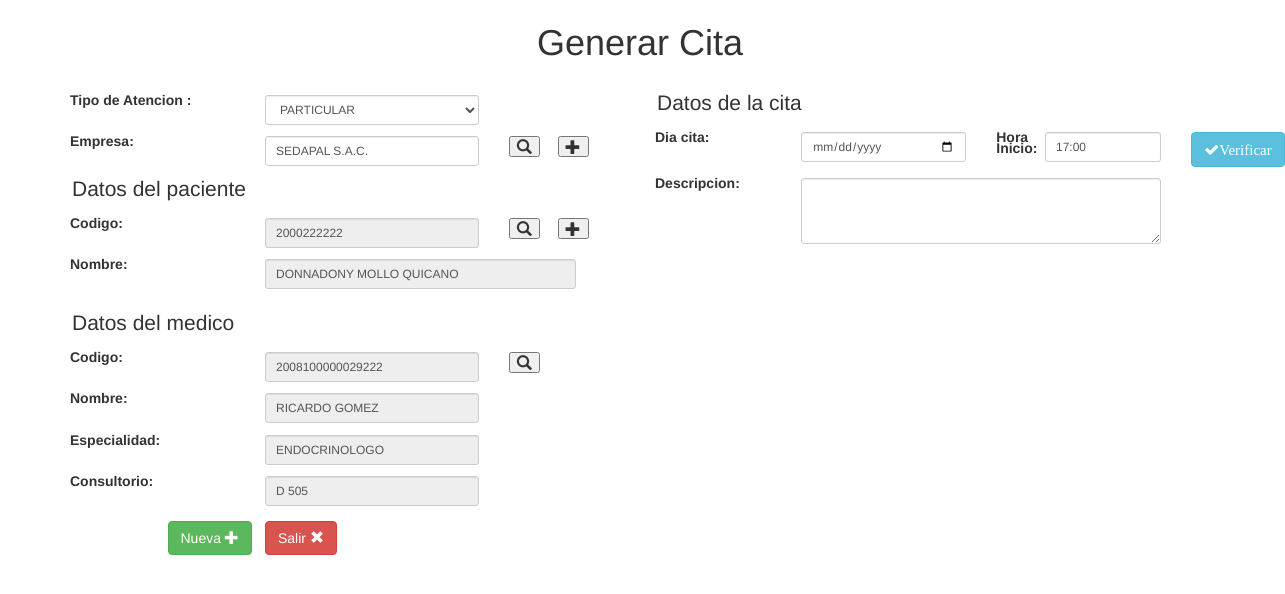
Repository: Donyx10/ADSII-ProyectoClinica
Page: http://localhost/AvanceWeb/GeneraCitaMedica.jsp
The author's editor kept a copy of each file at every save. The page is drawn from the files as they stood at one save, then again after the next save.
The browser window is 1280 px wide. The page is 1285 px wide, then 1284 px, so the pictures cover 1285 px, including what lies to the right of the window. The pictures show the whole page.
Some web fonts or font styles are not loaded; a fallback is used. The page is served by Tomcat 9.

Above is the page before, as saved 2018-06-04 05:46:19.

After the next save:
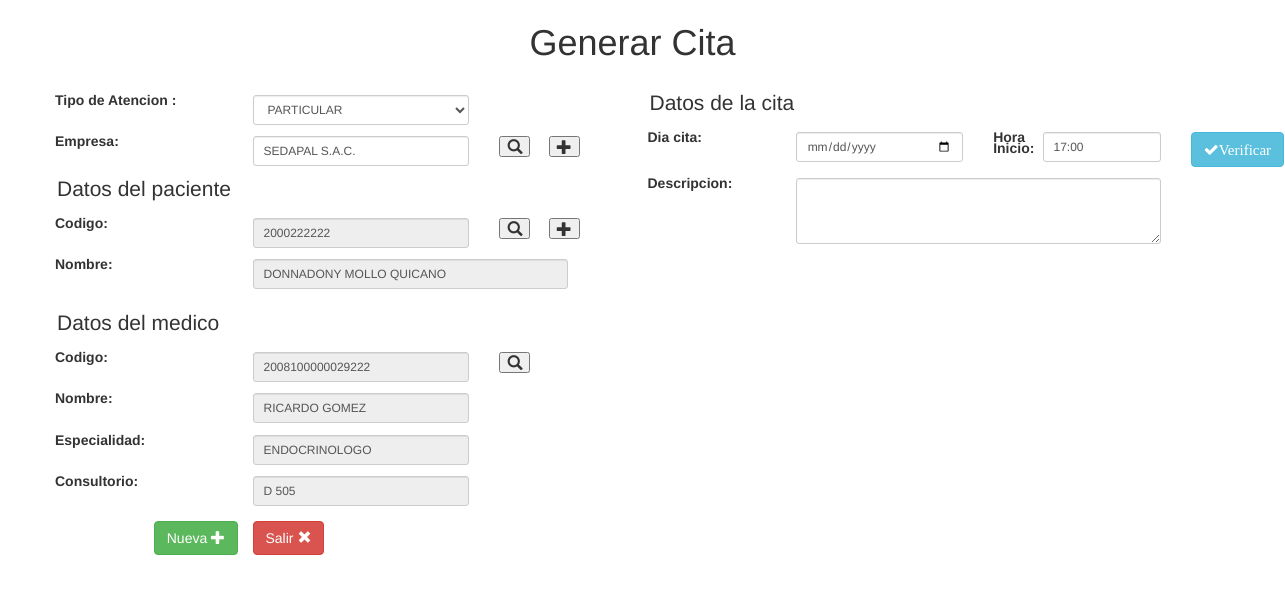
Saved 12 s later.
--- a/WebDemo/AvanceWeb/WebContent/GeneraCitaMedica.jsp
+++ b/WebDemo/AvanceWeb/WebContent/GeneraCitaMedica.jsp
@@ -20,7 +20,7 @@
 </head>
 <body>
 
-	<div class="container" style="padding-top: 3px; line-height: 0.8; padding-left: -3px;">
+	<div class="container" style="padding-top: 3px; line-height: 0.8; padding-left: 0.01px;">
 		<h1 align="center">Generar Cita</h1>
 		<br>
 		<br>
